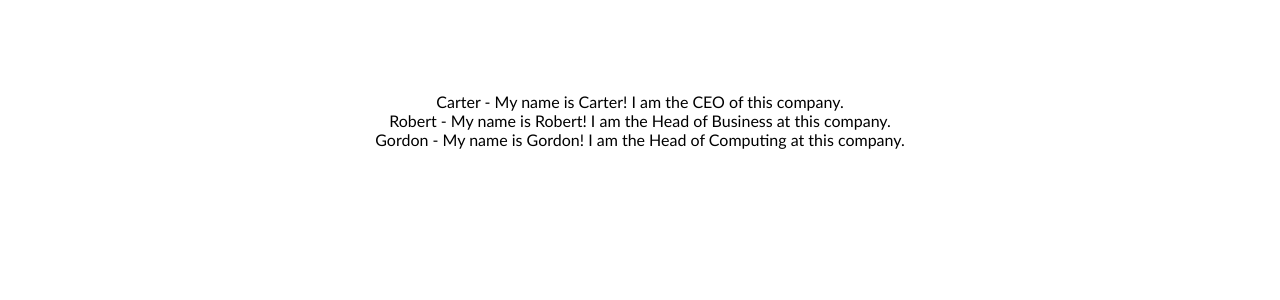
Repository: cartervandekamp/class03-styled-2109
Page: /about
An editor plug-in stored every save of this project. The page is shown before and after the next save, followed by the edit.
The browser window is 1280 px wide. The pictures show the whole page.
The project was rebuilt for these pictures with package versions that can differ from the ones it lists, and the page was loaded fresh each time. The framework's server and built-in components were replaced by stand-ins that run in the browser. Also part of the build but not shown: next.config.js.

Above is the page before, as saved 2023-01-24 17:12:30.

### pages/about.js

import styles from "../styles/About.module.css";
import { useState } from "react";
import data from "../data/ourTeam.json";
import Text from "../components/Text/index";
import Link from "next/link";


export default function About() {
    const [information, setInformation] = useState([...data]);


        return (

    <div className={styles.main}>
            <div className={styles.title}>
        <>About Our Team</>
        </div>

        <div className={styles.names}>
        {information &&
          information.map((info, index) => {
            if (info.role.toLowerCase() === "team member") {
              return <Text key={index} name={info.name} />;
            }
          })}
        </div>
    </div>
    )
}

### styles/globals.css
html,
body {
  padding: 0;
  margin: 0;
  font-family: 'Gill Sans', 'Gill Sans MT', Calibri, 'Trebuchet MS', sans-serif;
}

a {
  color: inherit;
  text-decoration: none;
}

* {
  box-sizing: border-box;
}

@media (prefers-color-scheme: dark) {
  html {
    color-scheme: dark;
  }
  body {
    color: white;
    background: rgb(246, 141, 141);
  }
}

### styles/About.module.css
.title {
    color: #ffffff;
    text-align: center;
    font-style: oblique;
    font-weight: bolder;
    font-size: 60px;
    margin-top: 20px;
}

.names {
    text-align: center;
}

### data/ourTeam.json
[
    {
        "name": "Carter - My name is Carter! I am the CEO of this company.",
        "role": "Team Member"
    },

    {
        "name": "Robert - My name is Robert! I am the Head of Business at this company.",
        "role": "Team Member"
    },

    {
        "name": "Gordon - My name is Gordon! I am the Head of Computing at this company.",
        "role": "Team Member"
    }
]

### components/Text/index.js
import styles from "./Text.module.css";

export default function Text ({ name = "none" }) {
    return (
        <div className={styles.main}>
          <div className={styles.data}>{name}</div>
        </div>
      );
    }

Loaded but not shown: pages/_app.js (common file); components/Text/Text.module.css (no stored copy; drawn as an empty file)

After the next save:
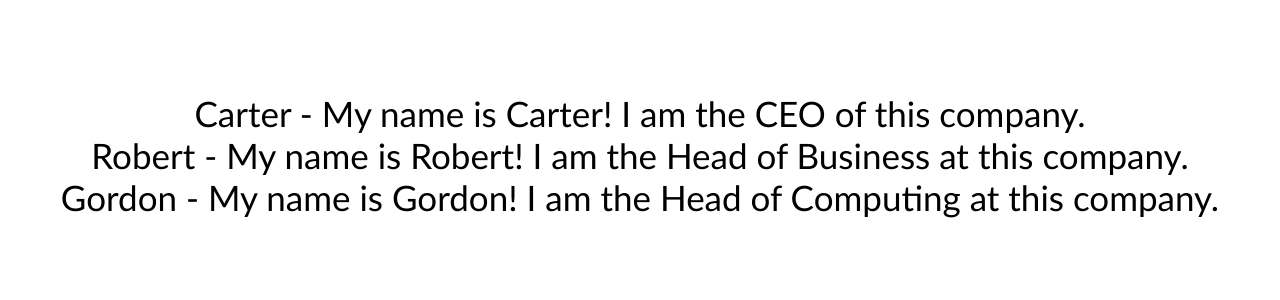
Saved 9 s later.
--- a/styles/About.module.css
+++ b/styles/About.module.css
@@ -9,4 +9,5 @@
 
 .names {
     text-align: center;
+    font-size: 35px;
 }
